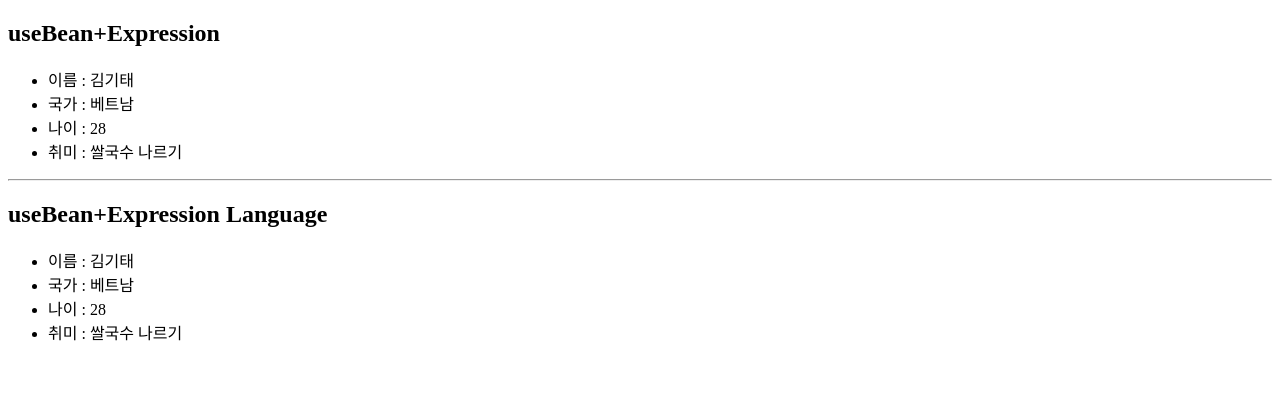
Repository: okgunyang/jsp
Page: http://localhost/practice02/07Human.jsp
The author's editor kept a copy of each file at every save. The page is drawn from the files as they stood at one save, then again after a run of saves.
The browser window is 1280 px wide. The pictures show the whole page.
The page is served by Tomcat 9. Other server files are loaded and not shown.

Above is the page before, as saved 2022-11-10 07:09:52.

### practice02/WebContent/07Human.jsp
<%@ page language="java" contentType="text/html; charset=UTF-8"
    pageEncoding="UTF-8"%>
<!DOCTYPE html>
<html>
<head>
<meta charset="UTF-8">
<title>07Human - useBean 액션 태그를 활용하여 클래스에 데이터 담기</title>
</head>
<body>
<h2>useBean 액션 태그를 활용하여 클래스에 데이터 담기</h2>
<jsp:useBean id="b" scope="request" class="com.example.Human"/>
<%
	b.setName("김기태");
	b.setCountry("베트남");
	b.setAge(28);
	b.setHobby("쌀국수 나르기");
%>
<h2>forward 액션 태그를 활용한 데이터 전달</h2>
<jsp:forward page="07HumanUseBean.jsp"/>
</body>
</html>

### practice02/WebContent/07HumanUseBean.jsp
<%@ page language="java" contentType="text/html; charset=UTF-8"
    pageEncoding="UTF-8"%>
<jsp:useBean id="b" scope="request" class="com.example.Human"/>
<!DOCTYPE html>
<html>
<head>
<meta charset="UTF-8">
<title>07HumanUseBean</title>
</head>
<body>
<h2>useBean+Expression</h2>
<ul>
	<li>이름 : <%=b.getName() %></li>
	<li>국가 : <%=b.getCountry() %></li>
	<li>나이 : <%=b.getAge() %></li>
	<li>취미 : <%=b.getHobby() %></li>
</ul>
<hr>
<h2>useBean+Expression Language</h2>
<ul>
	<li>이름 : ${b.name }</li>
	<li>국가 : ${b.country }</li>
	<li>나이 : ${b.age }</li>
	<li>취미 : ${b.hobby }</li>
</ul>
</body>
</html>

### practice02/src/com/example/Human.java
package com.example;

public class Human {
	private String country;
	private String name;
	private int age;
	private String hobby;
	public String getCountry() {
		return country;
	}
	public void setCountry(String country) {
		this.country = country;
	}
	public String getName() {
		return name;
	}
	public void setName(String name) {
		this.name = name;
	}
	public int getAge() {
		return age;
	}
	public void setAge(int age) {
		this.age = age;
	}
	public String getHobby() {
		return hobby;
	}
	public void setHobby(String hobby) {
		this.hobby = hobby;
	}
}

After the next 2 saves:
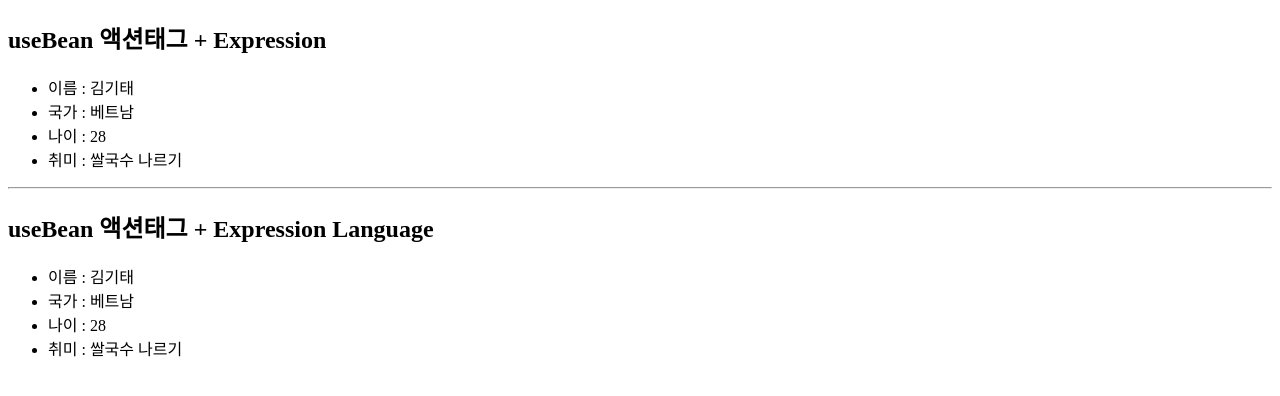
The 2 saves are shown as one change because they came seconds apart.
The last was saved 31 s later.
--- a/practice02/WebContent/07HumanUseBean.jsp
+++ b/practice02/WebContent/07HumanUseBean.jsp
@@ -8,7 +8,7 @@
 <title>07HumanUseBean</title>
 </head>
 <body>
-<h2>useBean+Expression</h2>
+<h2>useBean 액션태그 + Expression</h2>
 <ul>
 	<li>이름 : <%=b.getName() %></li>
 	<li>국가 : <%=b.getCountry() %></li>
@@ -16,7 +16,7 @@
 	<li>취미 : <%=b.getHobby() %></li>
 </ul>
 <hr>
-<h2>useBean+Expression Language</h2>
+<h2>useBean 액션태그 + Expression Language</h2>
 <ul>
 	<li>이름 : ${b.name }</li>
 	<li>국가 : ${b.country }</li>
